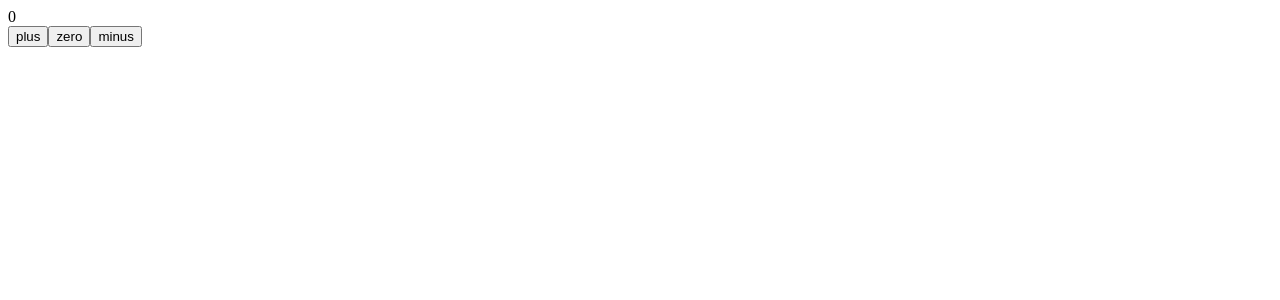
Repository: mariocapitbrok/helsinki-fullstack
Page: / (app in part1/)
An editor plug-in stored every save of this project. The page is shown before and after the next save, followed by the edit.
The browser window is 1280 px wide. The pictures show the whole page.
The project was rebuilt for these pictures with package versions that can differ from the ones it lists, and the page was loaded fresh each time.

Above is the page before, as saved 2022-01-08 13:49:43.

### part1/src/App.js
import React, { useState } from 'react'

const Display = ({ counter }) => <div>{counter}</div>

const Button = ({ onClick, text }) => <button onClick={onClick}>{text}</button>

const App = () => {
  const [counter, setCounter] = useState(0)

  const increaseByOne = () => setCounter(counter + 1)

  const setToZero = () => setCounter(0)

  const decreaseByOne = () => setCounter(counter - 1)

  return (
    <div>
      <Display counter={counter} />
      <Button onClick={increaseByOne} text="plus" />
      <Button onClick={setToZero} text="zero" />
      <Button onClick={decreaseByOne} text="minus" />
    </div>
  )
}

export default App

Loaded but not shown: part1/public/index.html (common file); part1/src/index.js (common file)

After the next save:
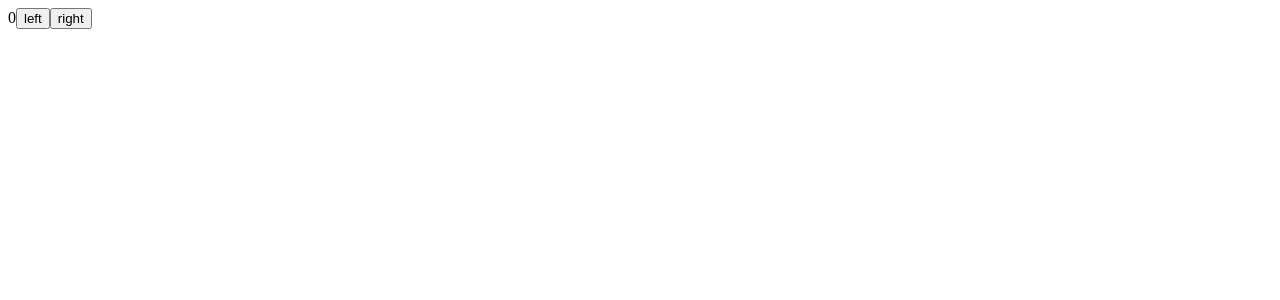
Saved 4 min 46 s later.
--- a/part1/src/App.js
+++ b/part1/src/App.js
@@ -1,24 +1,14 @@
 import React, { useState } from 'react'
 
-const Display = ({ counter }) => <div>{counter}</div>
-
-const Button = ({ onClick, text }) => <button onClick={onClick}>{text}</button>
-
 const App = () => {
-  const [counter, setCounter] = useState(0)
-
-  const increaseByOne = () => setCounter(counter + 1)
-
-  const setToZero = () => setCounter(0)
-
-  const decreaseByOne = () => setCounter(counter - 1)
+  const [left, setLeft] = useState(0)
+  const [rigth, setRight] = useState(0)
 
   return (
     <div>
-      <Display counter={counter} />
-      <Button onClick={increaseByOne} text="plus" />
-      <Button onClick={setToZero} text="zero" />
-      <Button onClick={decreaseByOne} text="minus" />
+      {left}
+      <button>left</button>
+      <button>right</button>
     </div>
   )
 }
